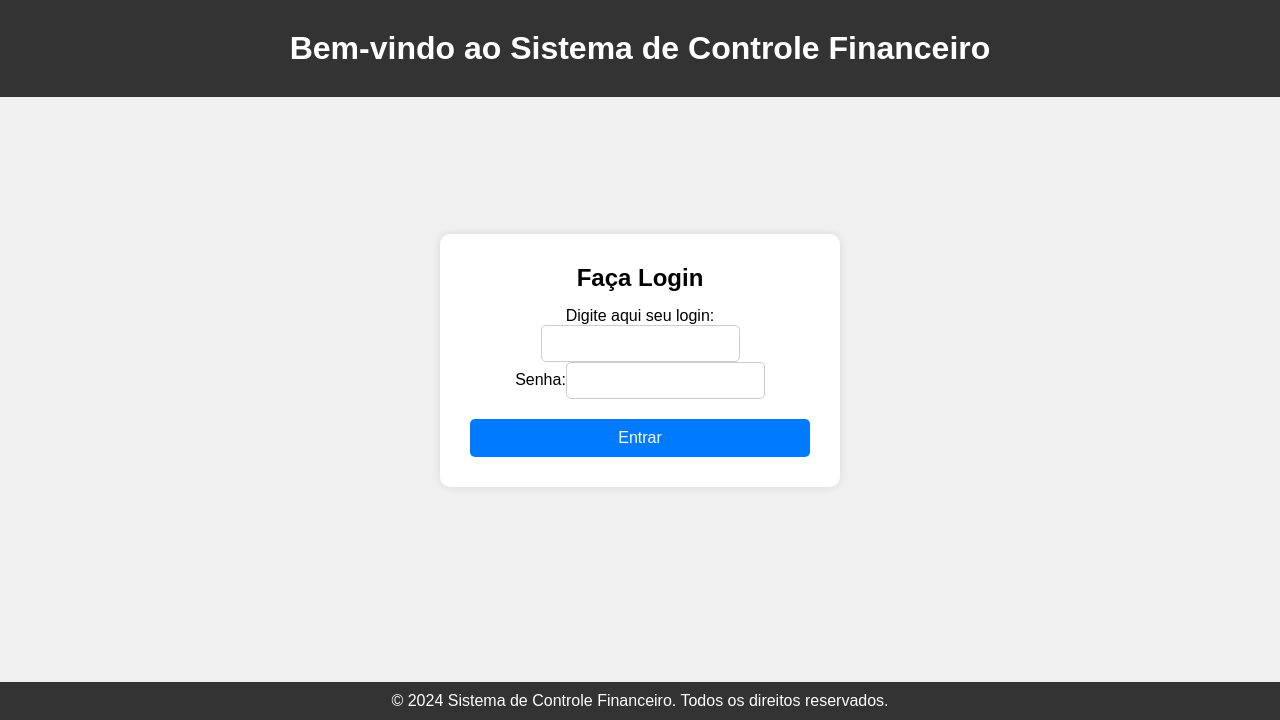
Repository: LucasMontalvao1/ProjetoMaxima
Page: / (app in AngularMaxima/)
These files come from the project's save history. The page is drawn as it stood at one moment and after the next save; the edit follows.
The browser window is 1280 px wide. The pictures show the whole page.
The project was rebuilt for these pictures with package versions that can differ from the ones it lists, and the page was loaded fresh each time. Also part of the build but not shown: AngularMaxima/angular.json, AngularMaxima/src/app/pages/home/home.component.ts.

Above is the page before, as saved 2024-07-14 18:15:08.

After the next save:
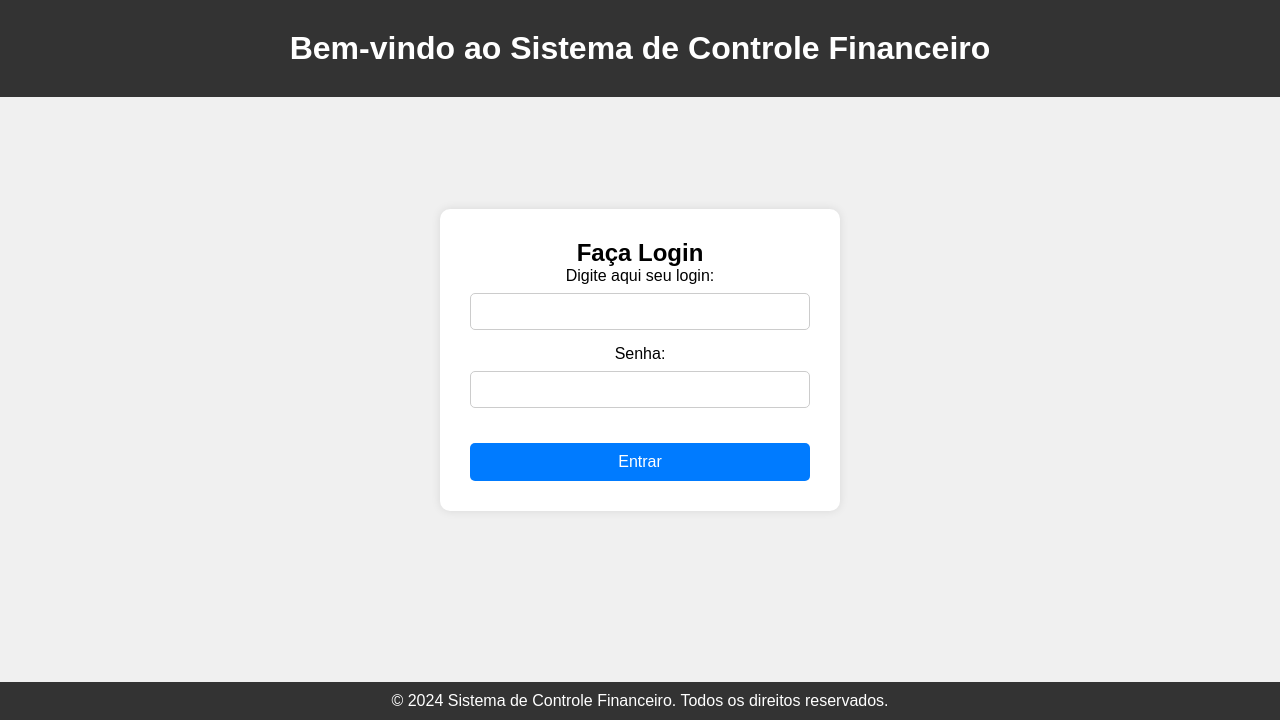
Saved 29 s later.
--- a/AngularMaxima/src/app/pages/login/login.component.css
+++ b/AngularMaxima/src/app/pages/login/login.component.css
@@ -3,30 +3,30 @@
   padding: 30px;
   border-radius: 10px;
   box-shadow: 0 0 10px rgba(0, 0, 0, 0.1);
+  width: 100%;
+  max-width: 400px;
+  margin: auto; /* Centraliza o formulário na tela */
+  text-align: center; /* Centraliza o conteúdo do formulário */
+}
+
+.form-group {
   display: flex;
   flex-direction: column;
-  gap: 15px;
-  width: 100%;
-  max-width: 400px;
-  text-align: center; /* Centraliza o conteúdo do formulário */
-  margin: auto; /* Centraliza o formulário na tela */
+  align-items: center; /* Centraliza os elementos do formulário verticalmente */
+  margin-bottom: 15px;
 }
 
-.form-login {
-  display: flex;
-  flex-direction: column;
-}
-
-.form-login label {
+.form-group label {
   margin-bottom: 8px;
   text-align: center; /* Centraliza o texto do label */
 }
 
-.form-login input {
+.form-group input {
   padding: 10px;
   border-radius: 5px;
   border: 1px solid #ccc;
-  text-align: center; /* Centraliza o texto do input */
+  width: 100%; /* Ocupa toda a largura disponível */
+  box-sizing: border-box; /* Garante que o padding não altere o tamanho total do input */
 }
 
 button {
@@ -39,6 +39,8 @@ button {
   cursor: pointer;
   font-size: 1rem;
   transition: background-color 0.3s ease;
+  width: 100%; /* Ocupa toda a largura disponível */
+  box-sizing: border-box; /* Garante que o padding não altere o tamanho total do botão */
 }
 
 button:hover {
